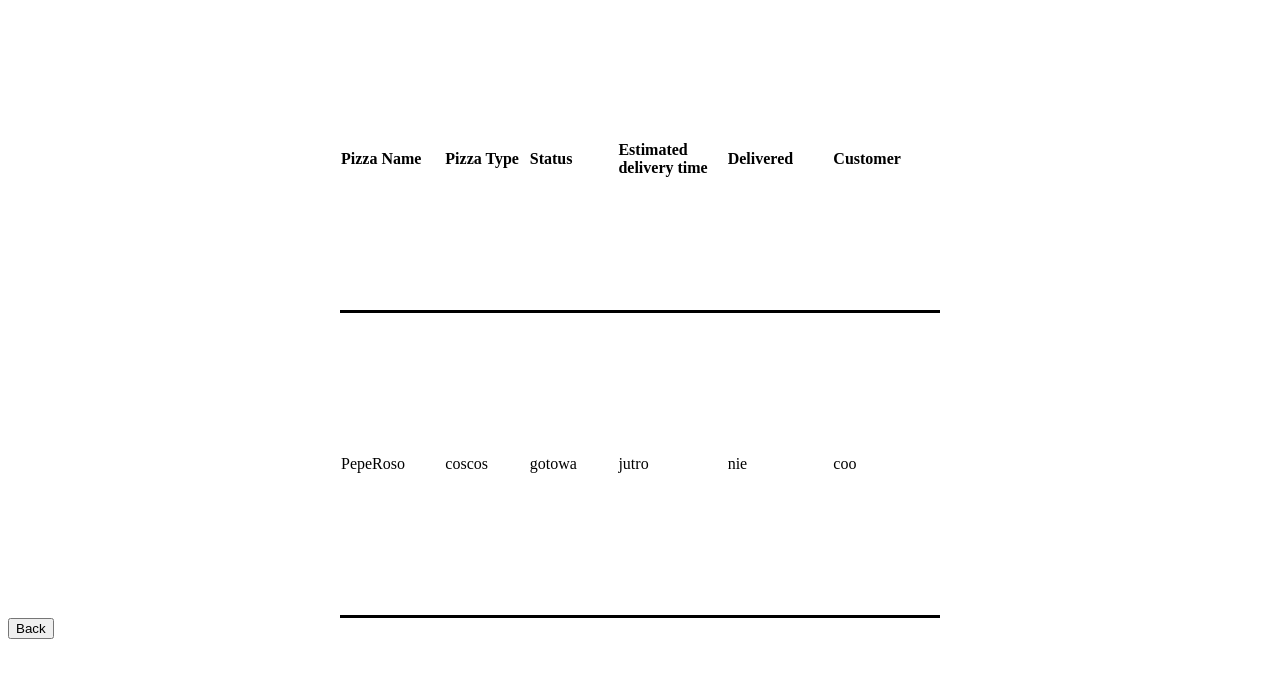
Repository: wisni4k/html-trainee
Page: testWeb/WebContent/OrdersList.html
An editor plug-in stored every save of this project. The page is shown before and after a run of saves, followed by the edit.
The browser window is 1280 px wide. The pictures show the whole page.

Above is the page before, as saved 2015-07-10 13:18:08.

After the next 2 saves:
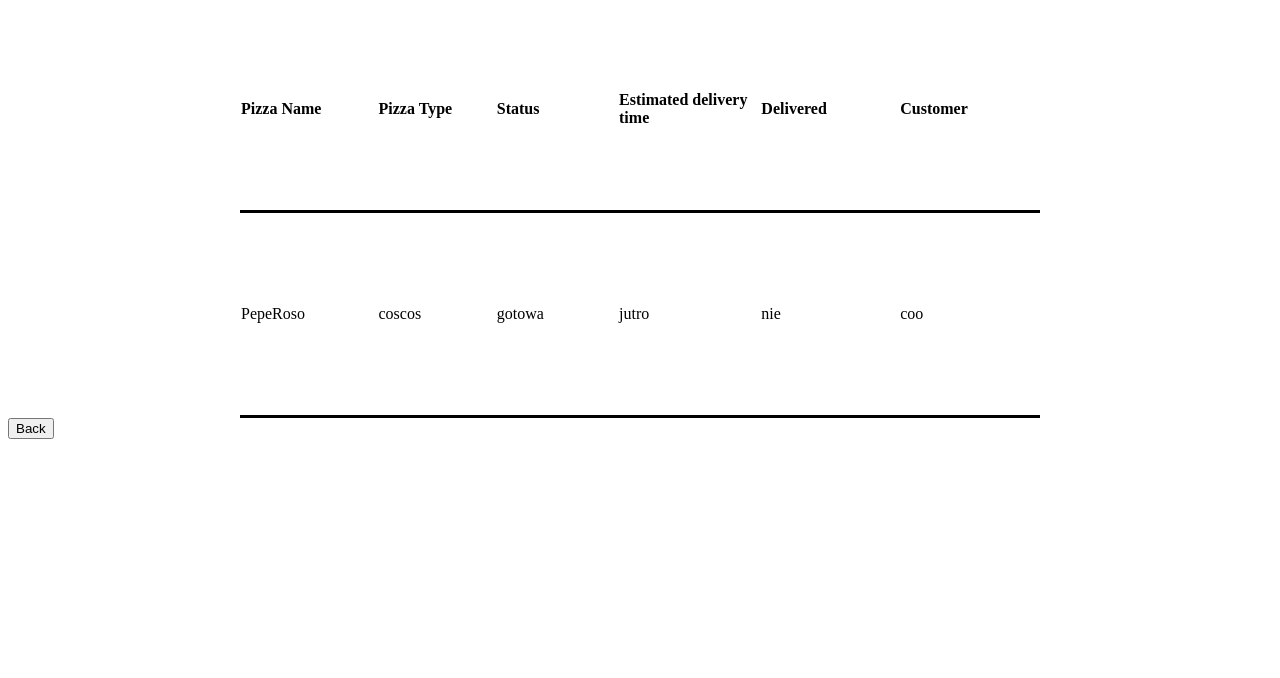
The 2 saves are shown as one change because they came seconds apart.
The last was saved 10 s later.
--- a/testWeb/WebContent/TableStyle.css
+++ b/testWeb/WebContent/TableStyle.css
@@ -5,6 +5,6 @@ table ,td{
 	border-bottom-style: solid;
 	margin-left: auto;
 	margin-right: auto;
-	width:600px;
-	height: 300px;
+	width:800px;
+	height: 200px;
 }
